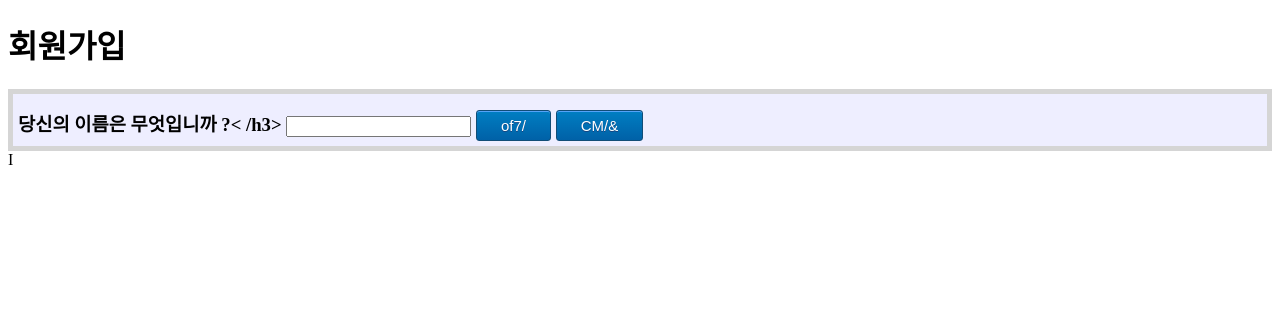
Repository: chaejunho689/bitcamp
Page: jQuery/src/main/webapp/02_jQueryEvent/exam10.html
These files come from the project's save history. The page is drawn as it stood at one moment and after a run of saves; the edit follows.
The browser window is 1280 px wide. The pictures show the whole page.

Above is the page before, as saved 2024-08-23 02:01:07.

After the next 3 saves:
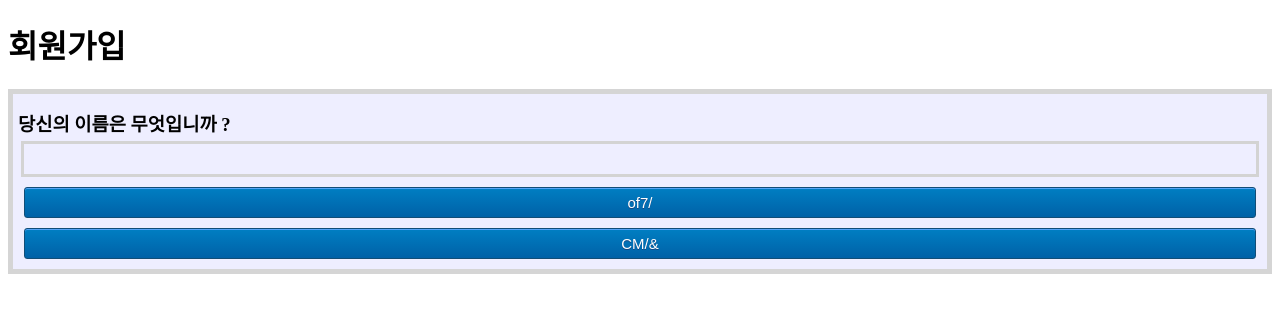
The 3 saves are shown as one change because they came seconds apart.
The last was saved 8 s later.
--- a/jQuery/src/main/webapp/02_jQueryEvent/exam10.html
+++ b/jQuery/src/main/webapp/02_jQueryEvent/exam10.html
@@ -6,17 +6,15 @@
 <link rel="stylesheet" type="text/css" href="../css/event.css">
 </head>
 <body>
-<h1>회원가입</h1>
-<form name="form1" action="form_ok.html">
-<div id="input">
-<h3>당신의 이름은 무엇입니까 ?< /h3>
-<input type="text" name="user_name" />
-<input type="submit" value="of7/" class="myButton" />
-<input type="reset" value="CM/&" class="myButton" />
-</div>
-</form>
-
-I
+	<h1>회원가입</h1>
+	<form name="form1" action="form_ok.html">
+	<div id="input">
+	<h3>당신의 이름은 무엇입니까 ? </h3>
+	<input type="text" name="user_name" />
+	<input type="submit" value="of7/" class="myButton" />
+	<input type="reset" value="CM/&" class="myButton" />
+	</div>
+	</form>
 
 
 <script type="text/javascript" src="http://code.jquery.com/jquery-3.7.1.min.js"> </script>
